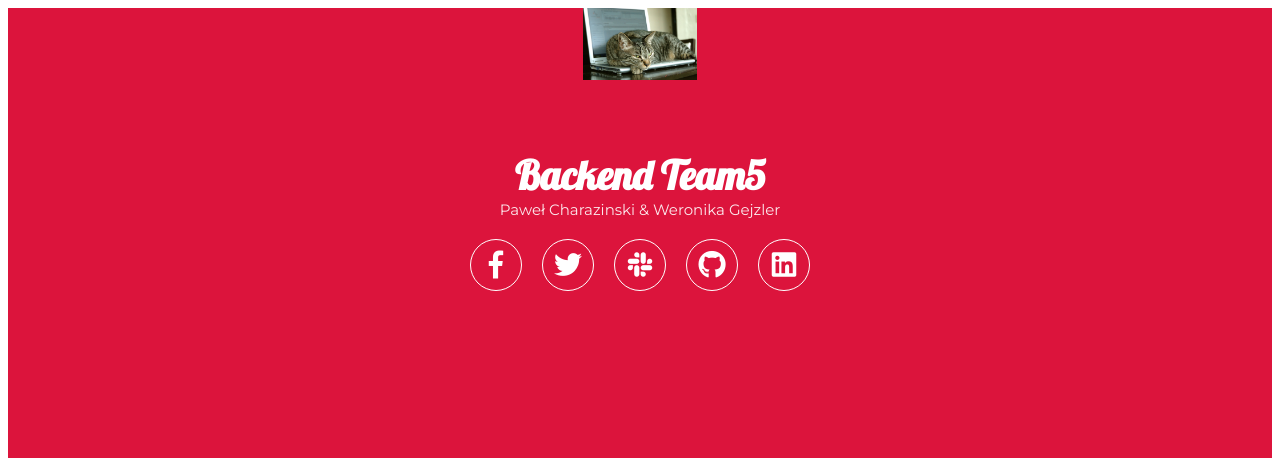
Repository: pietruszka/cc_proj1
Page: index.html
An editor plug-in stored every save of this project. The page is shown before and after the next save, followed by the edit.
The browser window is 1280 px wide. The pictures show the part of the page from y = 0 to 458 px (the page is 1111 px tall).
Pictures or frames that could not be fetched are drawn as grey boxes. Some web libraries are served in a nearby version.

Above is the page before, as saved 2018-11-18 19:35:52.

After the next save:
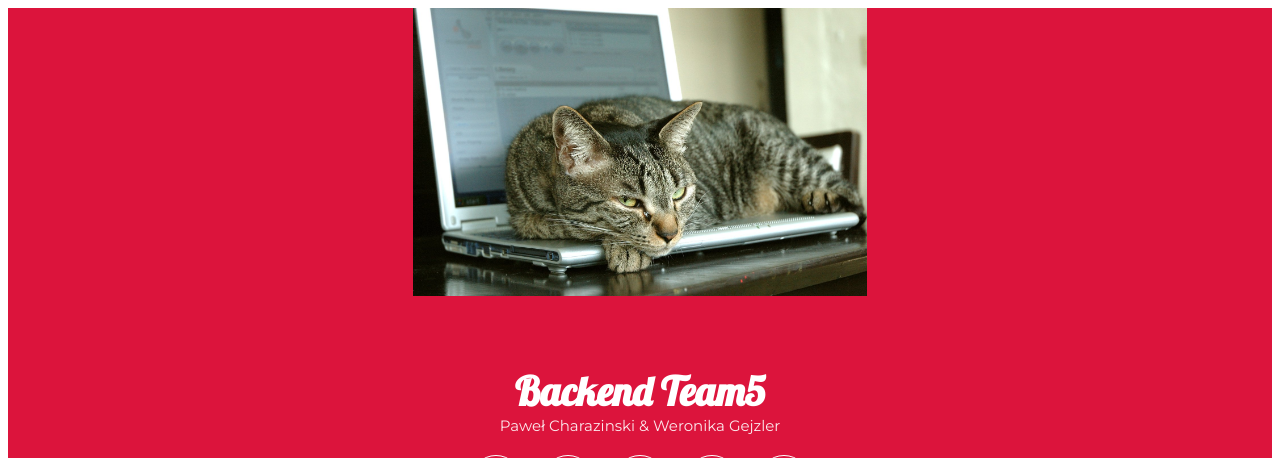
Saved 9 s later.
--- a/style.css
+++ b/style.css
@@ -28,7 +28,7 @@
 #photo1{
 
    width: 100%;
-   height: 10vh;
+   height: 40vh;
 
 }
 
